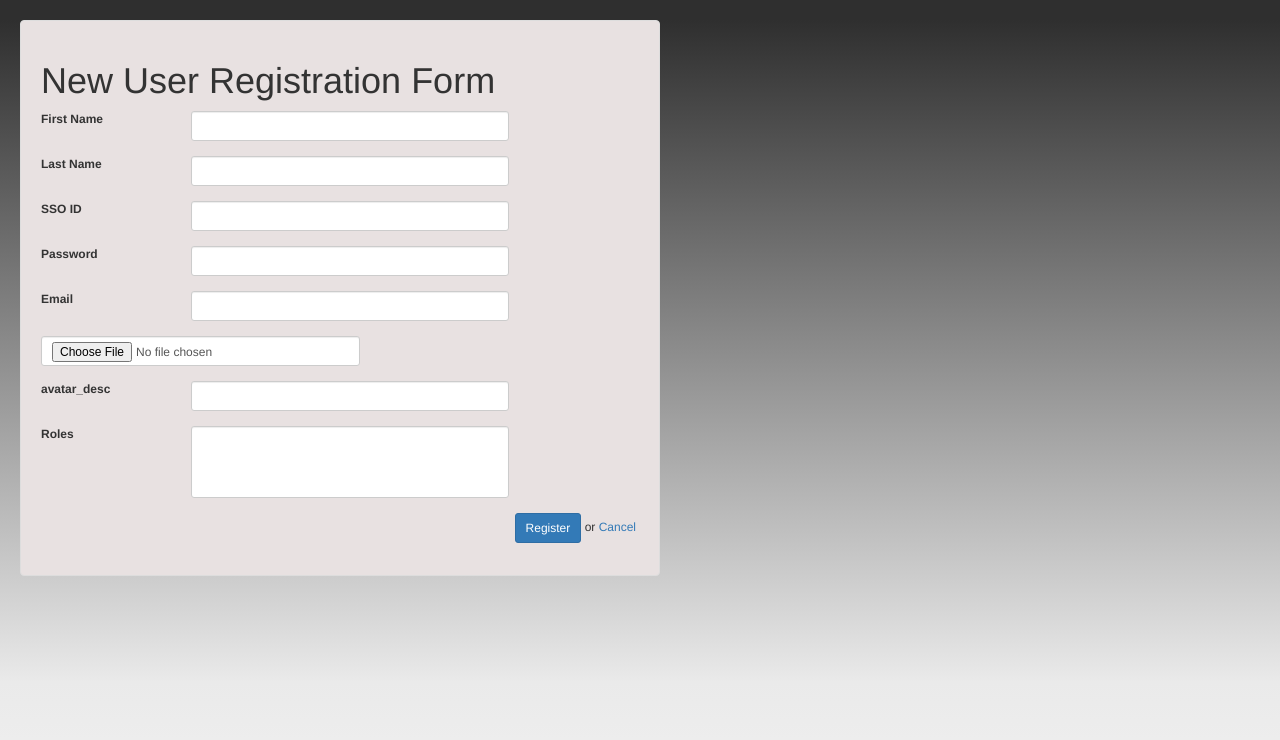
Repository: RenanChagas/Projektledelse
Page: http://localhost/Projektledelse/WEB-INF/views/newuser.jsp
An editor plug-in stored every save of this project. The page is shown before and after the next save, followed by the edit.
The browser window is 1280 px wide. The pictures show the whole page.
The page is served by Tomcat 9. Nobody is signed in. Other server files are loaded and not shown. The template is opened directly, without the code that normally fills it, so the values that code supplies are empty.

Above is the page before, as saved 2016-01-01 22:33:06.

### Projektledelse/src/main/webapp/WEB-INF/views/newuser.jsp
<%@ page language="java" contentType="text/html; charset=ISO-8859-1" pageEncoding="ISO-8859-1"%>
<%@ taglib prefix="form" uri="http://www.springframework.org/tags/form"%>
<%@ taglib prefix="c" uri="http://java.sun.com/jsp/jstl/core" %>

<html>

<head>
	<meta http-equiv="Content-Type" content="text/html; charset=ISO-8859-1">
	<title>User Registration Form</title>
	<link href="<c:url value='/static/css/bootstrap.css' />" rel="stylesheet"></link>
	<link href="<c:url value='/static/css/app.css' />" rel="stylesheet"></link>
	<script src="<c:url value="/static/js/jquery-2.1.4.min.js" />"></script>
</head>

<script type="text/javascript">

$( document ).ready(function(){


	$('#image').change( function(event) {
	var tmppath = URL.createObjectURL(event.target.files[0]);

	$("#avatar_desc").html("Temporary Path(Copy it and try pasting it in browser address bar) --> <strong>["+tmppath+"]</strong>");
	});
});
</script>

<body>

 	<div class="form-container">

 	<h1>New User Registration Form</h1>

	<form:form method="POST" modelAttribute="user" class="form-horizontal">

		<div class="row">
			<div class="form-group col-md-12">
				<label class="col-md-3 control-lable" for="firstName">First Name</label>
				<div class="col-md-7">
					<form:input type="text" path="firstName" id="firstName" class="form-control input-sm"/>
					<div class="has-error">
						<form:errors path="firstName" class="help-inline"/>
					</div>
				</div>
			</div>
		</div>

		<div class="row">
			<div class="form-group col-md-12">
				<label class="col-md-3 control-lable" for="lastName">Last Name</label>
				<div class="col-md-7">
					<form:input type="text" path="lastName" id="lastName" class="form-control input-sm"/>
					<div class="has-error">
						<form:errors path="lastName" class="help-inline"/>
					</div>
				</div>
			</div>
		</div>

		<div class="row">
			<div class="form-group col-md-12">
				<label class="col-md-3 control-lable" for="ssoId">SSO ID</label>
				<div class="col-md-7">
					<form:input type="text" path="ssoId" id="ssoId" class="form-control input-sm"/>
					<div class="has-error">
						<form:errors path="ssoId" class="help-inline"/>
					</div>
				</div>
			</div>
		</div>

		<div class="row">
			<div class="form-group col-md-12">
				<label class="col-md-3 control-lable" for="password">Password</label>
				<div class="col-md-7">
					<form:input type="password" path="password" id="password" class="form-control input-sm"/>
					<div class="has-error">
						<form:errors path="password" class="help-inline"/>
					</div>
				</div>
			</div>
		</div>

		<div class="row">
			<div class="form-group col-md-12">
				<label class="col-md-3 control-lable" for="email">Email</label>
				<div class="col-md-7">
					<form:input type="text" path="email" id="email" class="form-control input-sm"/>
					<div class="has-error">
						<form:errors path="email" class="help-inline"/>
					</div>
				</div>
			</div>
		</div>

		<div class="row">
			<div class="form-group col-md-12">
				<div class="col-md-7">
					<form:input type="file" path="image" id="image" class="form-control input-sm"/>
					<div class="has-error">
						<form:errors path="image" class="help-inline"/>
					</div>
				</div>
			</div>
		</div>

		<div class="row">
			<div class="form-group col-md-12">
				<label class="col-md-3 control-lable" for="avatar_desc">avatar_desc</label>
				<div class="col-md-7">
					<form:input type="text" path="avatar_desc" id="avatar_desc" class="form-control input-sm"/>
					<div class="has-error">
						<form:errors path="avatar_desc" class="help-inline"/>
					</div>
				</div>
			</div>
		</div>

		<div class="row">
			<div class="form-group col-md-12">
				<label class="col-md-3 control-lable" for="userProfiles">Roles</label>
				<div class="col-md-7">
					<form:select path="userProfiles" items="${roles}" multiple="true" itemValue="id" itemLabel="type" class="form-control input-sm"/>
					<div class="has-error">
						<form:errors path="userProfiles" class="help-inline"/>
					</div>
				</div>
			</div>
		</div>

		<div class="row">
			<div class="form-actions floatRight">
				<input type="submit" value="Register" class="btn btn-primary btn-sm"> or <a href="<c:url value='/admin' />">Cancel</a>
			</div>
		</div>
	</form:form>
	</div>
</body>
</html>

### Projektledelse/src/main/webapp/static/css/app.css

html{
	background-color:#2F2F2F;
}

body, #mainWrapper {
	height: 100%;
	background-image: -webkit-gradient(
	linear,
	right bottom,
	right top,
	color-stop(0, #EDEDED),
	color-stop(0.08, #EAEAEA),
	color-stop(1, #2F2F2F),
	color-stop(1, #AAAAAA)
);
background-image: -o-linear-gradient(top, #EDEDED 0%, #EAEAEA 8%, #2F2F2F 100%, #AAAAAA 100%);
background-image: -moz-linear-gradient(top, #EDEDED 0%, #EAEAEA 8%, #2F2F2F 100%, #AAAAAA 100%);
background-image: -webkit-linear-gradient(top, #EDEDED 0%, #EAEAEA 8%, #2F2F2F 100%, #AAAAAA 100%);
background-image: -ms-linear-gradient(top, #EDEDED 0%, #EAEAEA 8%, #2F2F2F 100%, #AAAAAA 100%);
background-image: linear-gradient(to top, #EDEDED 0%, #EAEAEA 8%, #2F2F2F 100%, #AAAAAA 100%);
}

body, #mainWrapper, .form-control{
	font-size:12px!important;
}

#mainWrapper {
	/*height: 720px; Without explicit px values, % in children's does not work*/
	height: 100vh; /*with Viewport-Percentage, we can handles all devices screens  */
	padding-left:10px;
	padding-right:10px;
	padding-bottom:10px;
}

.login-container {
    margin-top: 100px;
    background-color: floralwhite;
    width: 40%;
    left: 30%;
    position: absolute;
}

.login-card {
    width: 80%;
    margin: auto;
}
.login-form {
    padding: 10%;
}

.form-container {
  position:fiexd;
  width:50%;
  margin-left: 20px;
  margin-top: 20px;
  margin-bottom: 20px;
  padding: 20px;
  background-color: #E8E1E1;
  border: 1px solid #ddd;
  border-radius: 4px;
}

.floatRight{
	float:right;
	margin-right: 18px;
}

.has-error{
	color:red;
}


.success{
  position:fiexd;
  width:50%;
  margin-left: 50px;
  margin-top:20px;
  padding: 20px;
  background-color: #E8E1E1;
  border: 1px solid #ddd;
  border-radius: 4px;
}

Loaded but not shown: Projektledelse/src/main/webapp/static/css/bootstrap.css (library); Projektledelse/src/main/webapp/static/js/jquery-2.1.4.min.js (library)

After the next save:
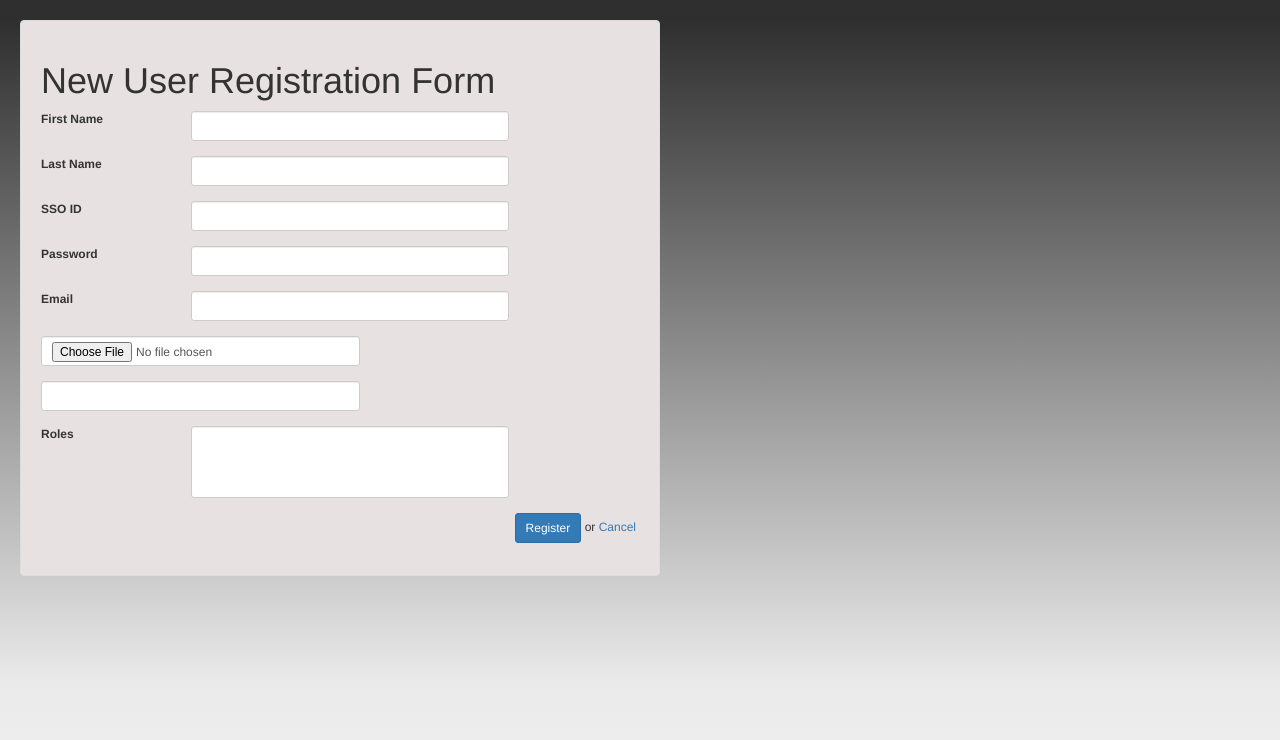
Saved 88 s later.
--- a/Projektledelse/src/main/webapp/WEB-INF/views/newuser.jsp
+++ b/Projektledelse/src/main/webapp/WEB-INF/views/newuser.jsp
@@ -106,7 +106,6 @@ $( document ).ready(function(){
 
 		<div class="row">
 			<div class="form-group col-md-12">
-				<label class="col-md-3 control-lable" for="avatar_desc">avatar_desc</label>
 				<div class="col-md-7">
 					<form:input type="text" path="avatar_desc" id="avatar_desc" class="form-control input-sm"/>
 					<div class="has-error">
